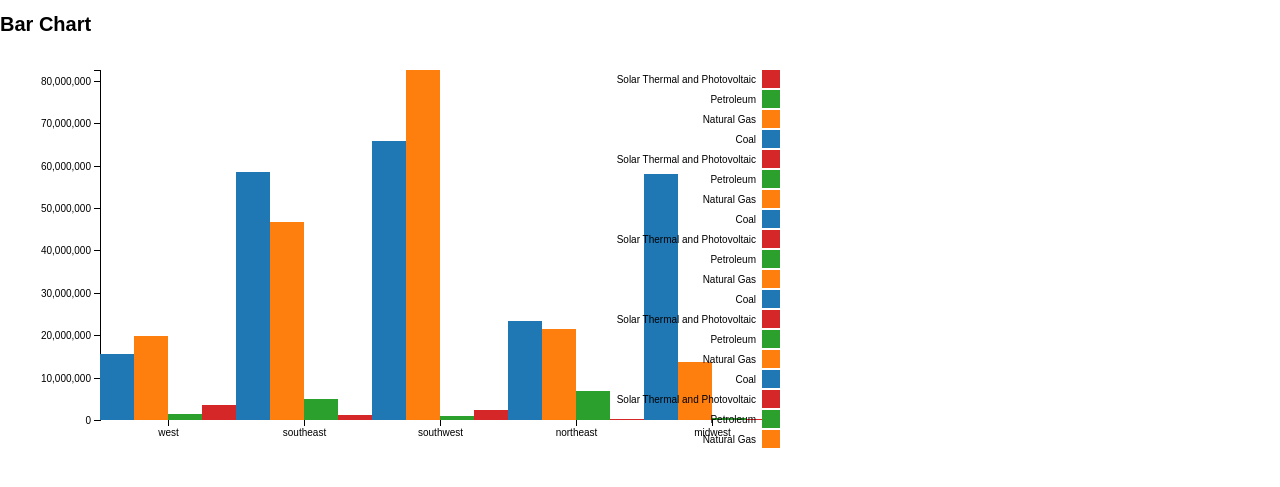
Repository: komalharjani/d3js-visualisation
Page: index.html
These files come from the project's save history. The page is drawn as it stood at one moment and after the next save; the edit follows.
The browser window is 1280 px wide. The pictures show the whole page.

Above is the page before, as saved 2020-05-01 18:15:36.

After the next save:
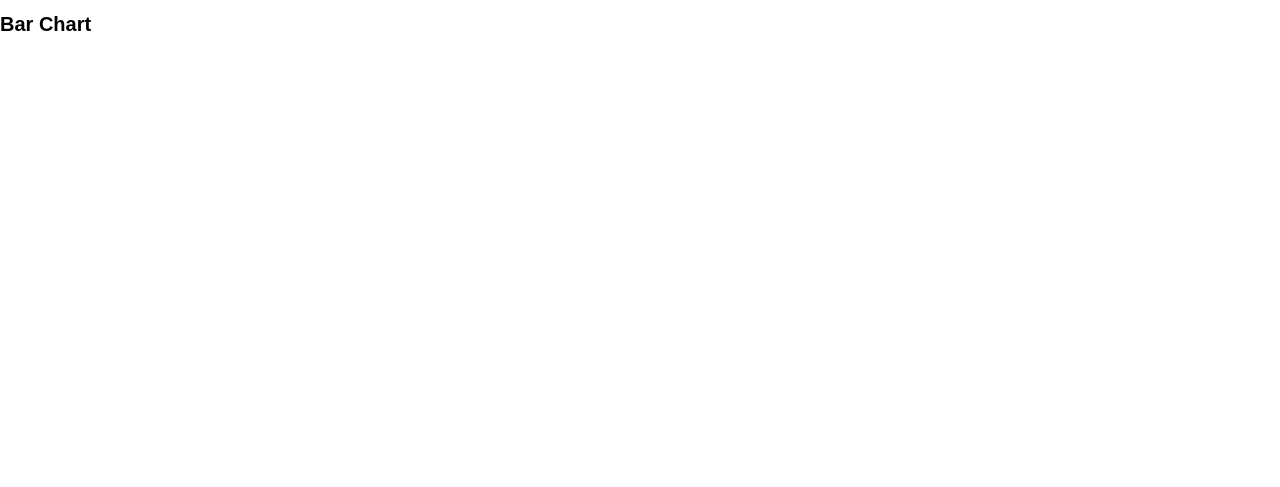
Console error: TypeError: Cannot read properties of undefined (reading 'value')
Saved 63 s later.
--- a/index.js
+++ b/index.js
@@ -88,6 +88,9 @@ d3.csv(dataPath)
 
         console.log(y.domain());
 
+        console.log(currData.key.value);
+
+
         svg.append("g")
             .attr("class", "x axis")
             .attr("transform", "translate(0," + height + ")")
@@ -113,6 +116,7 @@ d3.csv(dataPath)
             .enter().append("g")
             .attr("class", "g")
             .attr("transform", function (d) { return "translate(" + x0(d.key) + ",0)"; });
+
 
         slice.selectAll("rect")
             .data(function (d) { return d.values; })

After the save that followed:
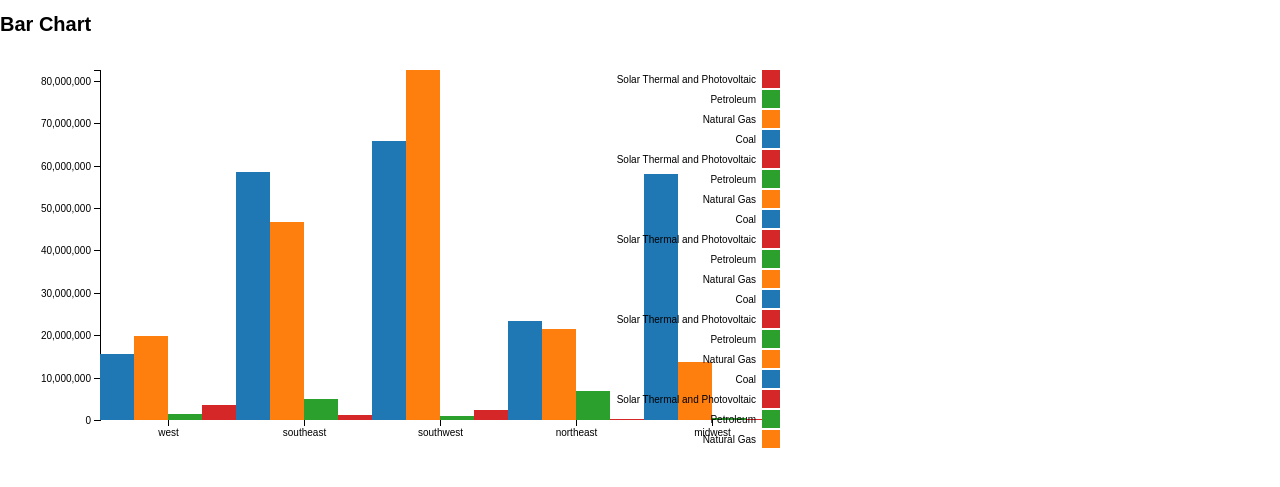
The error is gone.
Saved 12 s later.
--- a/index.js
+++ b/index.js
@@ -88,7 +88,7 @@ d3.csv(dataPath)
 
         console.log(y.domain());
 
-        console.log(currData.key.value);
+        console.log(currData.key);
 
 
         svg.append("g")
